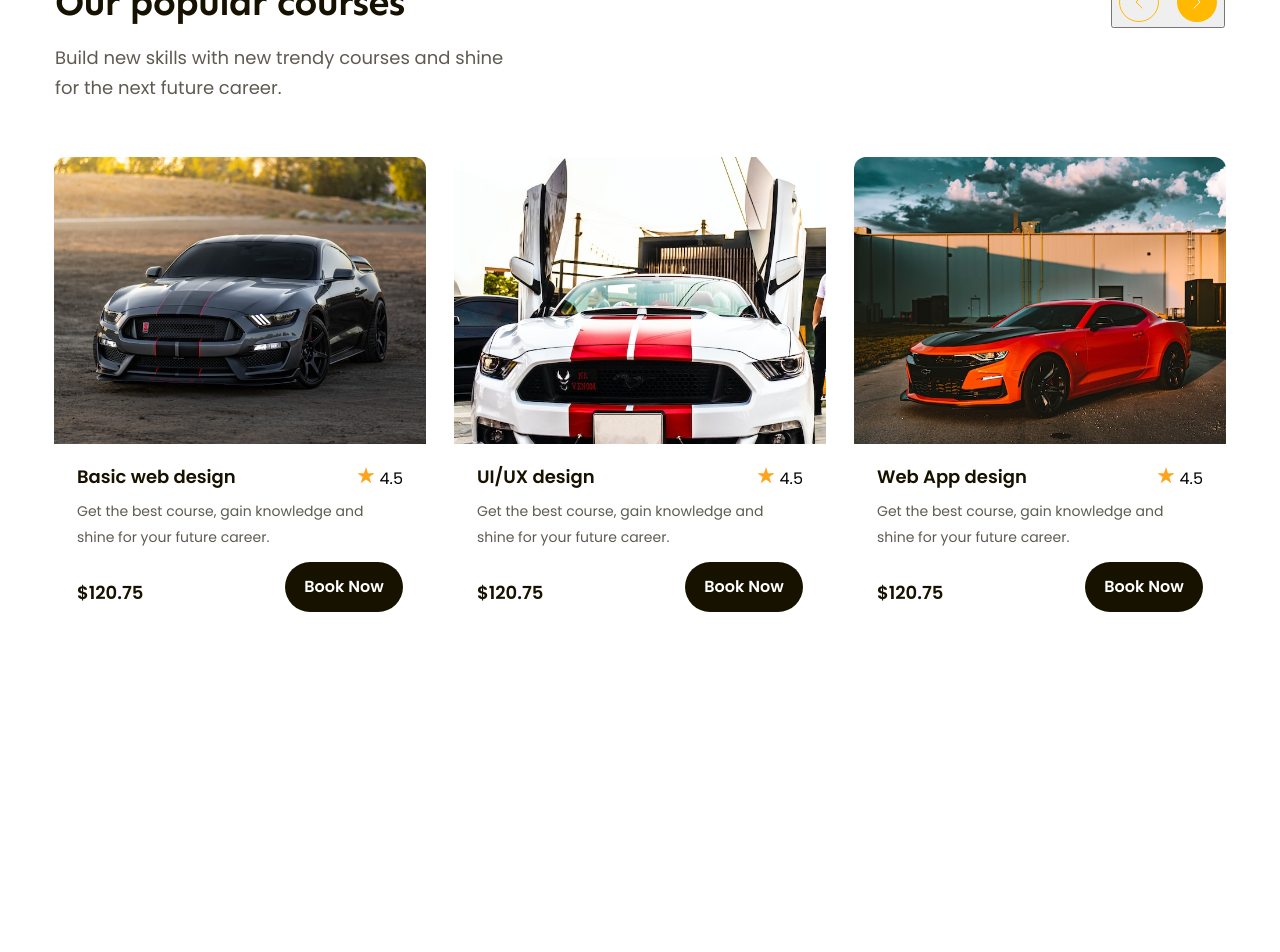
Repository: dongnguyen2112/htmlcss-project-02
Page: index.html
These files come from the project's save history. The page is drawn as it stood at one moment and after a run of saves; the edit follows.
The browser window is 1280 px wide. The pictures show the part of the page from y = 1121 to 2073 px (the page is 5000 px tall).
A picture or video elsewhere on the page could not be fetched, so the positions and the page height are approximate.

Above is the page before, as saved 2023-07-06 13:31:06.

### index.html
<!DOCTYPE html>
<html lang="en">
    <head>
        <meta charset="UTF-8" />
        <meta name="viewport" content="width=device-width, initial-scale=1.0" />
        <title>F8 project 01</title>
        <!-- Reset CSS -->
        <link rel="stylesheet" href="./assets/css/reset.css" />
        <!-- Font -->
        <link rel="preconnect" href="https://fonts.googleapis.com" />
        <link rel="preconnect" href="https://fonts.gstatic.com" crossorigin />
        <link
            href="https://fonts.googleapis.com/css2?family=Poppins:ital,wght@0,400;0,500;0,600;0,700;1,400&family=Sen:wght@700&display=swap"
            rel="stylesheet"
        />
        <!-- Style CSS -->
        <link rel="stylesheet" href="./assets/css/styles.css" />
    </head>
    <body>
        <main style="height: 5000px">
            <!-- Header -->
            <header class="header fixed">
                <div class="main-content">
                    <div class="body">
                        <!-- Logo -->
                        <img src="./assets/img/Logo..png" alt="" class="logo">
                        <!-- Nav -->
                        <nav class="nav">
                            <ul>
                                <li class="active">
                                    <a href="#!">Home</a>
                                </li>
                                <li>
                                    <a href="#!">Courses</a>
                                </li>
                                <li>
                                    <a href="#!">Pricing</a>
                                </li>
                                <li>
                                    <a href="#!">Reviews</a>
                                </li>
                            </ul>
                        </nav>
                        <!-- Action -->
                        <div class="action">
                            <a href="#!" class="btn sign-up-btn">Sign Up </a>
                        </div>
                    </div>
            </header>
            <!-- Hero -->
            <div class="hero">
                <div class="main-content">
                    <div class="body">
                        <!-- Hero-left -->
                        <div class="media-block">
                            <img src="./assets/img/hero-img.jpg" alt="Learn without limits and spread knowledge." class="img">
                            <div class="hero-summary">
                                <div class="item">
                                    <div class="icon">
                                        <img src="./assets/icon/list.svg" alt="">
                                    </div>
                                    <div class="info">
                                        <div class="lable">20 Courses</div>
                                        <div class="title">UI/UX Design</div>
                                    </div>
                                </div>
                                <div class="item">
                                    <div class="icon">
                                        <img src="./assets/icon/code.svg" alt="">
                                    </div>
                                    <div class="info">
                                        <div class="lable">20 Courses</div>
                                        <div class="title">Development</div>
                                    </div>
                                </div>
                                <div class="item">
                                    <div class="icon">
                                        <img src="./assets/icon/speaker.svg" alt="">
                                    </div>
                                    <div class="info">
                                        <div class="lable">30 Courses</div>
                                        <div class="title">Marketing</div>
                                    </div>
                                </div>
                            </div>
                        </div>
                        <!-- Hero-right -->
                        <div class="content-block">
                            <h1 class="heading lv1">Learn without limits and spread knowledge.</h1>
                            <p class="desc">Build new skills for that “this is my year” feeling with courses, certificates, and degrees from world-class universities and companies.</p>
                            <div class="cta-group">
                                <a href="#!" class="btn hero-cta">See Courses</a>
                                <button class="watch-video">
                                    <div class="icon">
                                        <img src="./assets/icon/play.svg" alt="">
                                    </div>
                                    <span>Watch Video</span>
                                </button>
                            </div>
                            <p class="desc">Recent engagement</p>
                            <p class="desc stats">
                               <strong>50K</strong> Students
                                <strong>70+</strong> Courses
                            </p>
                        </div>
                    </div>
                </div>
            </div>
            <!-- Popular -->
            <div class="popular">
                <div class="main-content">
                    <div class="popular-top">
                        <div class="info">
                            <h2 class="heading lv2">Our popular courses</h2>
                            <p class="desc">Build new skills with new trendy courses and shine for the next future career.</p>
                        </div>
                        <div class="control">
                            <button class="control-btn">
                                <img src="./assets/icon/control.svg" alt="">
                            </button>
                        </div>
                    </div>
                    <!-- Course-item 1 -->
                    <div class="course-list">
                        <div class="course-item">
                            <img src="./assets/img/course-1.jpg" alt="Basic web design" class="thumb">
                            <div class="info">
                                <div class="head">
                                    <h3 class="title">Basic web design</h3>
                                    <div class="rating">
                                        <img src="./assets/icon/Star.svg" alt="" class="star">
                                        <span class="value">4.5</span>
                                    </div>
                                </div>
                                <p class="desc">Get the best course, gain knowledge and shine for your future career.</p>
                                <div class="foot">
                                    <span class="price">$120.75</span>
                                    <div class="btn">Book Now</div>
                                </div>
                            </div>
                        </div>

                    <!-- Course-item 2 -->
                        <div class="course-item">
                            <img src="./assets/img/course-2.jpg" alt="Basic web design" class="thumb">
                            <div class="info">
                                <div class="head">
                                    <h3 class="title">UI/UX design</h3>
                                    <div class="rating">
                                        <img src="./assets/icon/Star.svg" alt="" class="star">
                                        <span class="value">4.5</span>
                                    </div>
                                </div>
                                <p class="desc">Get the best course, gain knowledge and shine for your future career.</p>
                                <div class="foot">
                                    <span class="price">$120.75</span>
                                    <div class="btn">Book Now</div>
                                </div>
                            </div>
                        </div>
                    <!-- Course-item 3 -->
                        <div class="course-item">
                            <img src="./assets/img/course-3.jpg" alt="Basic web design" class="thumb">
                            <div class="info">
                                <div class="head">
                                    <h3 class="title">Web App design</h3>
                                    <div class="rating">
                                        <img src="./assets/icon/Star.svg" alt="" class="star">
                                        <span class="value">4.5</span>
                                    </div>
                                </div>
                                <p class="desc">Get the best course, gain knowledge and shine for your future career.</p>
                                <div class="foot">
                                    <span class="price">$120.75</span>
                                    <div class="btn">Book Now</div>
                                </div>
                            </div>
                        </div>
                    </div>
                </div>
            </div>
        </main>
    </body>
</html>

### assets/css/styles.css
* {
    box-sizing: border-box;
}
html {
    font-size: 62.5%;
}
body {
    font-size: 1.6rem;
    font-family: "Poppins", sans-serif;
}
:root {
    --primary-color: #ffb900;
    --font-heading: Sen, sans-serif;
}
/* Common */
a {
    text-decoration: none;
}
.main-content {
    width: 1170px;
    max-width: calc(100% - 48px);
    margin-left: auto;
    margin-right: auto;
}
.btn {
    display: inline-block;
    min-width: 118px;
    padding: 0 16px;
    line-height: 50px;
    color: #fff;
    text-align: center;
    font-size: 1.6rem;
    font-weight: 600;
    border-radius: 999px;
    background: #171100;
}
.btn:hover {
    opacity: 0.9;
}
.heading {
    color: #171100;
    font-family: var(--font-heading);
    font-weight: 700;
    letter-spacing: -0.02em;
}
.heading.lv1 {
    font-size: 5.8rem;
    line-height: 1.17;
}
.heading.lv2 {
    font-size: 3.8rem;
    line-height: 1.26;
}
/* Header */
.header {
    background: #fffcf4;
}
.header.fixed {
    position: sticky;
    top: -28px;
    z-index: 1;
}
.header .body {
    display: flex;
    align-items: center;
    padding: 36px 0 8px;
}
.header .sign-up-btn {
    min-width: 114px;
}
.header .action {
    margin-left: 49px;
}
.nav {
    margin-left: auto;
}
.nav ul {
    display: flex;
}
.nav a {
    color: #5f5b53;
    font-size: 1.6rem;
    padding: 8px 21px;
    position: relative;
}
.nav a:hover,
.nav .active a {
    color: #171100;
    font-size: 1.6rem;
    /* font-weight: 600; */
    text-shadow: 1px 0 0 currentColor;
}
.nav .active a::after {
    content: "";
    left: 21px;
    display: block;
    width: 12px;
    height: 2px;
    border-radius: 1px;
    background: #171100;
    position: absolute;
    bottom: 6px;
}
/* hero */
.hero {
    padding: 56px 0 65px;
    background: #fffcf4;
}
.hero .body {
    display: flex;
}
/* hero-left */
.hero .media-block {
    width: 48%;
    position: relative;
}
.hero .media-block .img {
    width: 470px;
    height: 685px;
    object-fit: cover;
    border-radius: 20px;
    display: block;
}
.hero-summary {
    position: absolute;
    right: 0;
    bottom: 48px;
    border-radius: 12px;
    background: #fff;
    box-shadow: 0px 16px 32px 0px rgba(0, 0, 0, 0.05);
    width: 270px;
    padding: 24px;
}
.hero-summary .item {
    display: flex;
    align-items: center;
}
.hero-summary .item + .item {
    margin-top: 22px;
}
.hero-summary .icon {
    width: 48px;
    height: 48px;
    border-radius: 50%;
    display: flex;
    align-items: center;
    justify-content: center;
    background: #fff9e8;
}
.hero-summary .item:nth-last-of-type(2) .icon {
    background: #fcefff;
}
.hero-summary .item:nth-child(3) .icon {
    background: #ebeaff;
}
.hero-summary .info {
    margin-left: 16px;
}
.hero-summary .label {
    font-size: 1.4rem;
    line-height: 1.86;
    color: #5f5b53;
}
.hero-summary .title {
    color: #171100;
    font-size: 1.4rem;
    font-weight: 600;
    line-height: 1.67;
}
/* hero-right */
.hero .content-block {
    width: 52%;
    padding: 64px 0 0 130px;
}

.hero .desc {
    margin-top: 22px;
    color: #5f5b53;
    font-size: 1.8rem;
    font-weight: 400;
    line-height: 1.67;
}
.hero .cta-group {
    margin: 38px 0 48px;
    display: flex;
    align-items: center;
}
.hero .hero-cta {
    background: var(--primary-color);
    line-height: 64px;
    min-width: 180px;
}
.hero .watch-video {
    display: flex;
    margin-left: 28px;
    border: none;
    background: transparent;
    align-items: center;
    cursor: pointer;
}
.hero .watch-video span {
    margin-left: 14px;
    color: #171100;
    font-size: 1.8rem;
    font-weight: 600;
    line-height: 1.67;
}
.hero .stats {
    margin: 8px 0 0 -28px;
}
.hero .stats strong {
    color: #171100;
    font-size: 4.4rem;
    font-weight: 700;
    line-height: 54px;
    font-family: var(--font-heading);
    padding: 0 8px 0 28px;
}
/* popular */
.popular {
    padding: 65px 0;
    margin-top: 135px;
}
.popular-top {
    display: flex;
    justify-content: space-between;
}
.popular-top .desc {
    margin-top: 16px;
    width: 458px;
    color: #5f5b53;
    font-size: 1.8rem;
    line-height: 1.67;
}
.popular .course-list {
    display: flex;
    margin-top: 55px;
    gap: 30px;
}
.popular .course-item {
    flex: 1;
    border-radius: 12px;
    background: #fff;
}
.popular .course-item .thumb {
    width: calc(100% + 2px);
    border-radius: 12px 12px 0px 0px;
    height: 287px;
    object-fit: cover;
    margin: -1px;
}
.popular .course-item .info {
    padding: 16px 22px 22px;
}
.popular .course-item .head {
    display: flex;
    align-items: center;
    justify-content: space-between;
}
.popular .course-item .title{
    color: #171100;
font-family: Poppins;
font-size: 18px;
font-style: normal;
font-weight: 600;
line-height: 30px;
}
.popular .course-item .desc {
    color: #5f5b53;
    font-size: 1.4rem;
    font-weight: 400;
    line-height: 26px;
    margin-top: 6px;
}
.popular .course-item .foot .price {
    color: #171100;
    font-size: 1.8rem;
    font-weight: 600;
    margin-top: 22px;
}
.popular .course-item .foot{
    display: flex;
    /* align-items: center; */
    justify-content: space-between;
    margin-top: 12px;
}

Loaded but not shown: assets/css/reset.css (common file)

After the next 5 saves:
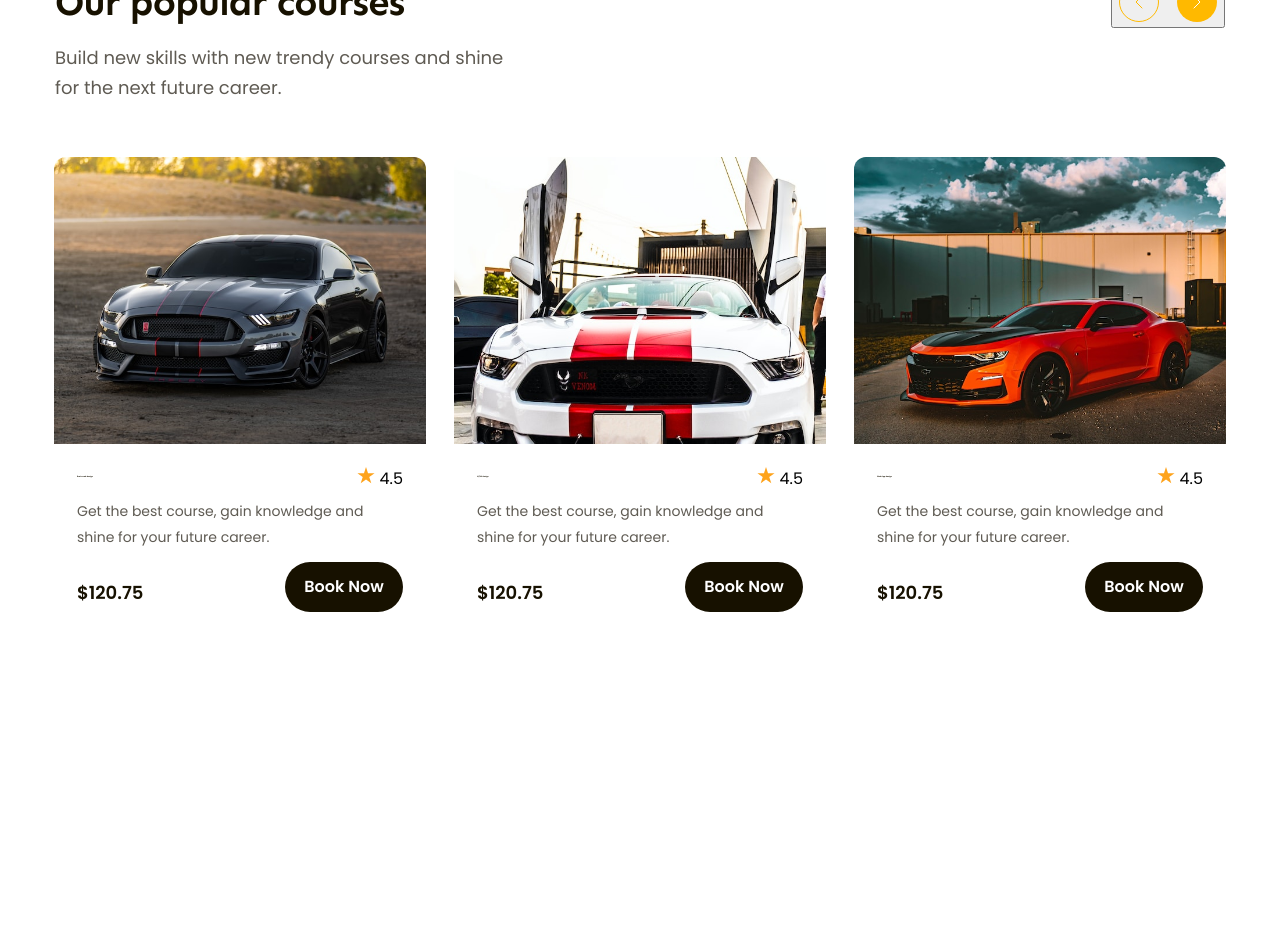
The 5 saves are shown as one change because they came seconds apart.
The last was saved 14 s later.
--- a/assets/css/styles.css
+++ b/assets/css/styles.css
@@ -259,9 +259,7 @@
 }
 .popular .course-item .title{
     color: #171100;
-font-family: Poppins;
-font-size: 18px;
-font-style: normal;
+font-size: 1.8px;
 font-weight: 600;
 line-height: 30px;
 }

After the 2 saves that followed:
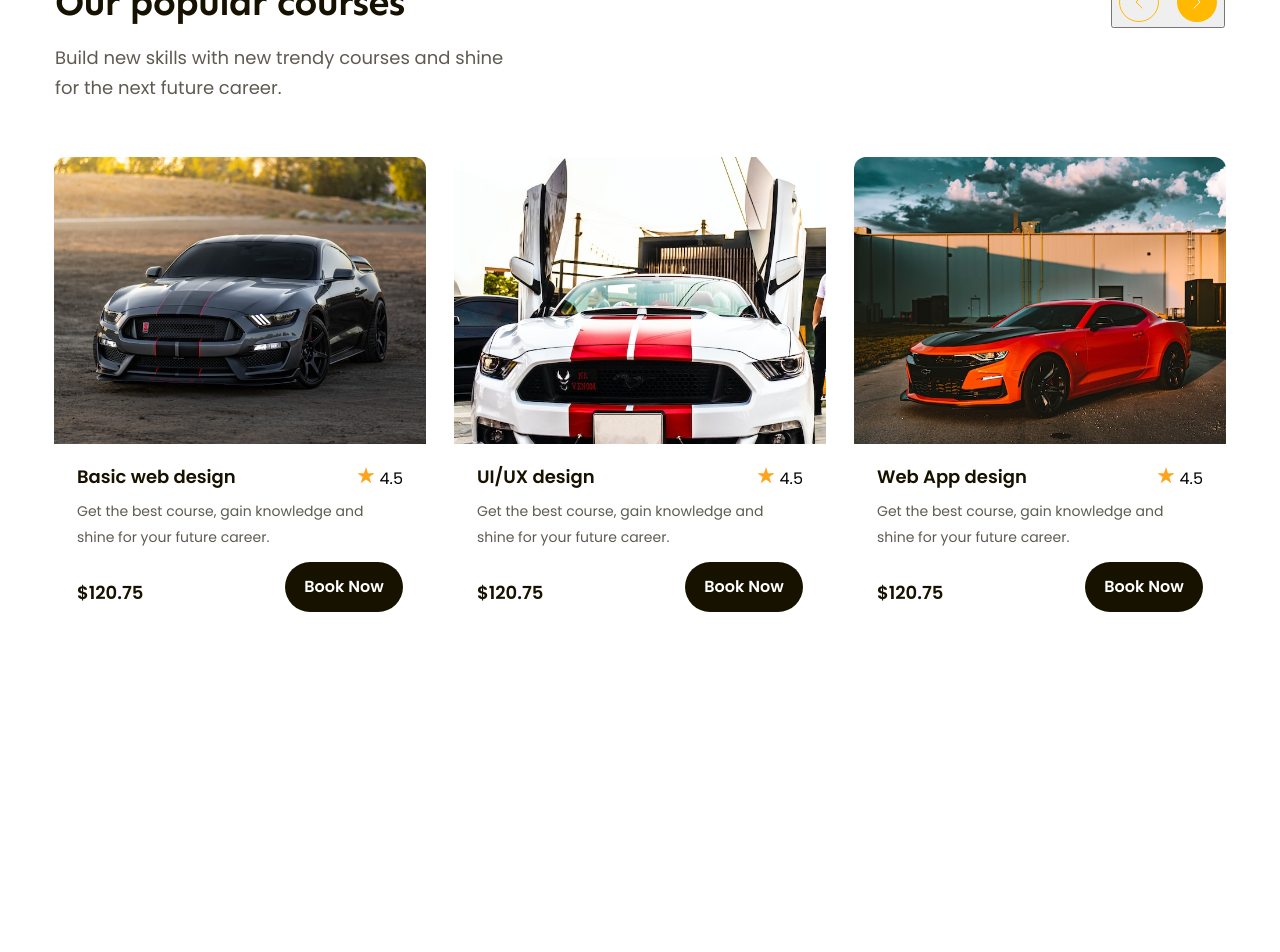
The 2 saves are shown as one change because they came seconds apart.
The last was saved 6 s later.
--- a/assets/css/styles.css
+++ b/assets/css/styles.css
@@ -257,11 +257,11 @@
     align-items: center;
     justify-content: space-between;
 }
-.popular .course-item .title{
-    color: #171100;
-font-size: 1.8px;
-font-weight: 600;
-line-height: 30px;
+.popular .course-item .title {
+    color: #171100;
+    font-size: 1.8rem;
+    font-weight: 600;
+    line-height: 30px;
 }
 .popular .course-item .desc {
     color: #5f5b53;
@@ -276,7 +276,7 @@
     font-weight: 600;
     margin-top: 22px;
 }
-.popular .course-item .foot{
+.popular .course-item .foot {
     display: flex;
     /* align-items: center; */
     justify-content: space-between;
